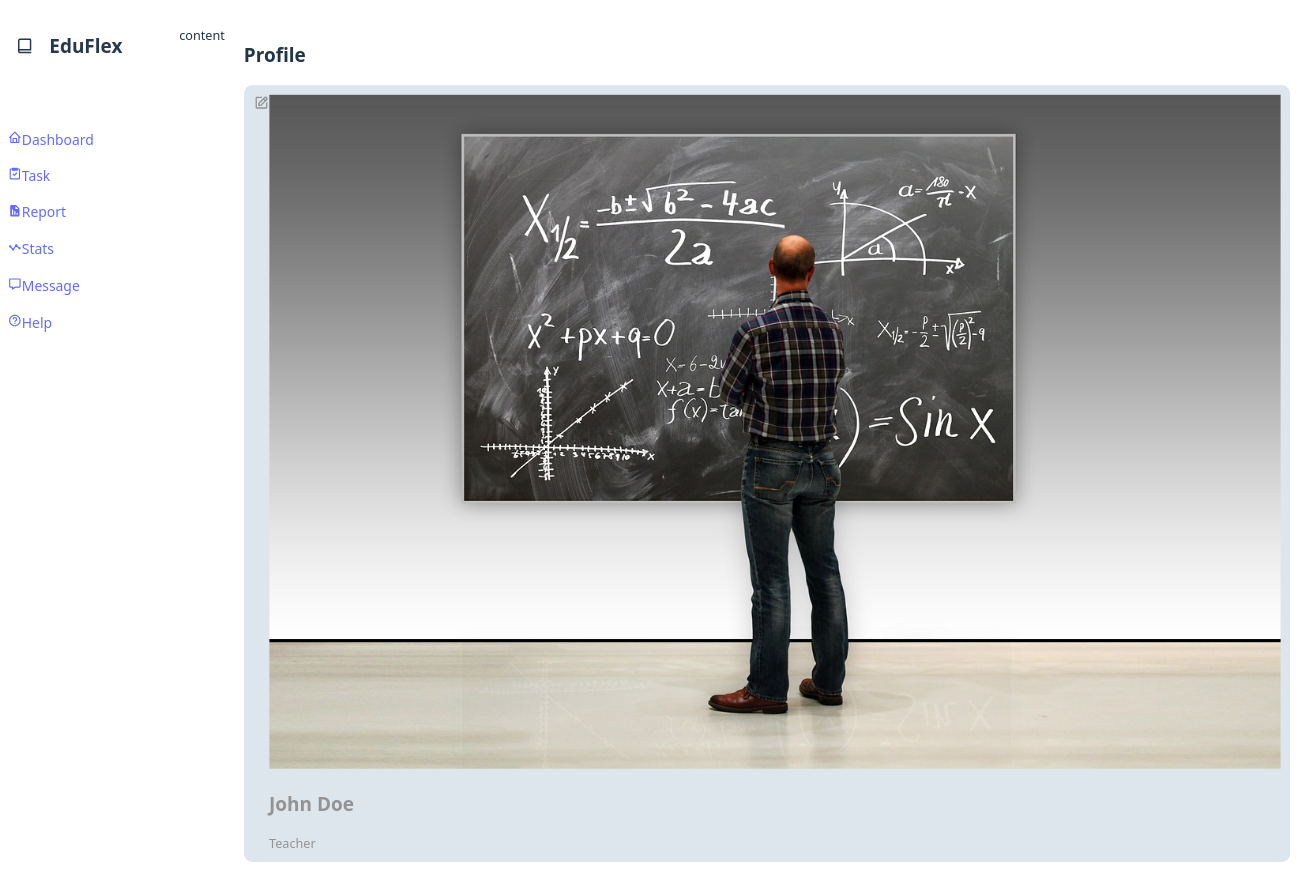
Repository: gogg23/react-dash
Page: /
The author's editor kept a copy of each file at every save. The page is drawn from the files as they stood at one save, then again after the next save.
The browser window is 1280 px wide. The page is 1665 px wide, then 1280 px, so the pictures cover 1665 px, including what lies to the right of the window. The pictures show the whole page, at 79% of full size.
The project was rebuilt for these pictures with package versions that can differ from the ones it lists, and the page was loaded fresh each time. Also part of the build but not shown: vite.config.js.

Above is the page before, as saved 2025-03-29 17:16:16.

After the next save:
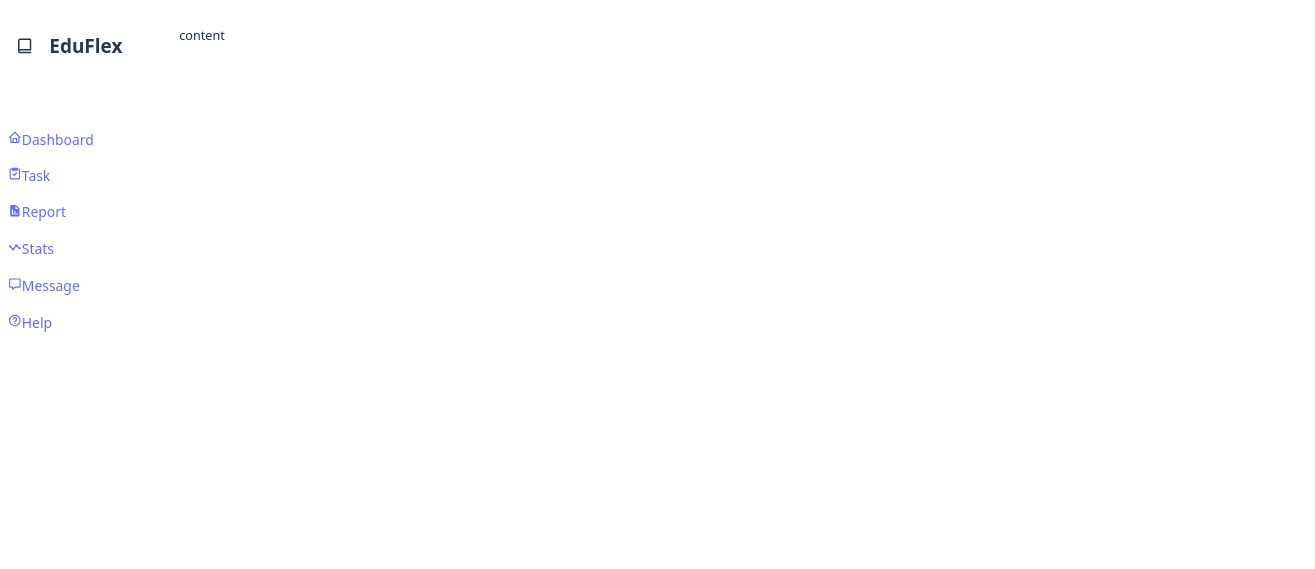
Saved 2 min 23 s later.
--- a/src/components/profileHeader.jsx
+++ b/src/components/profileHeader.jsx
@@ -1,24 +1,11 @@
 import React from 'react';
-import { BiEdit } from 'react-icons/bi';
-import '../styles/profileHeader.css';
-import Image1 from '../assets/images/Image1.jpg';
 
-const ProfileHeader = () => {
+const profileHeader = () => {
   return (
     <div>
-      <h2 className='header--title'>Profile</h2>
-      <div className='edit'>
-        <BiEdit className='icon' />
-        <div className='user--profile'>
-          <div className='user--detail'>
-            <img src={Image1} alt='' />
-            <h2 className='user--name'>John Doe</h2>
-            <span className='profession'>Teacher</span>
-          </div>
-        </div>
-      </div>
+      <div className='header--title'></div>
     </div>
   );
 };
 
-export default ProfileHeader;
+export default profileHeader;
